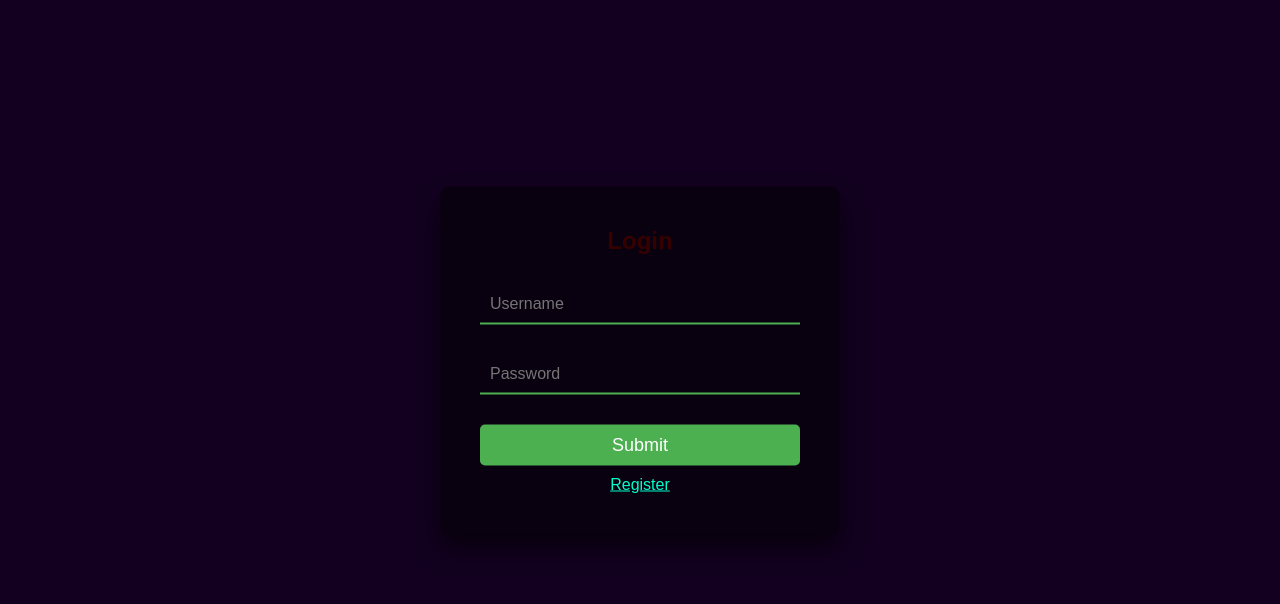
Repository: SRBshakib/Safe-Food---DBMS-project
Page: Organaization/login.html
The author's editor kept a copy of each file at every save. The page is drawn from the files as they stood at one save, then again after the next save.
The browser window is 1280 px wide. The pictures show the whole page.

Above is the page before, as saved 2024-11-10 21:41:46.

After the next save:
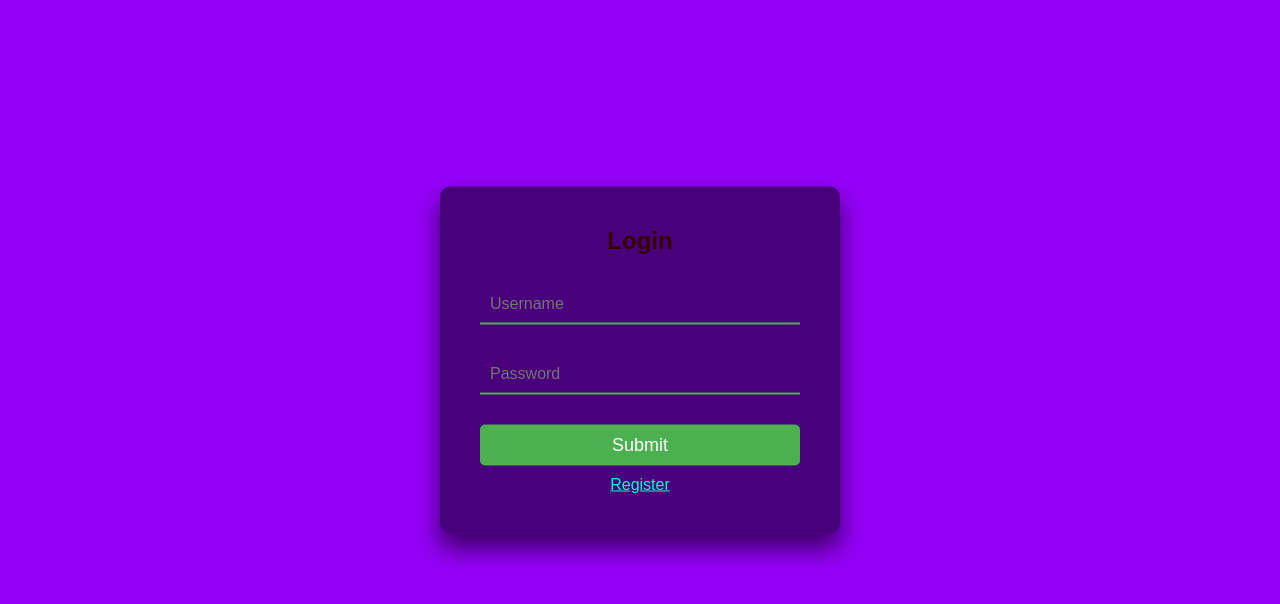
Saved 74 s later.
--- a/Organaization/style_login.css
+++ b/Organaization/style_login.css
@@ -12,7 +12,7 @@ body {
     justify-content: center;
     align-items: center;
     height: 100vh;
-    background-color: #130020;
+    background-color: #9400f7;
     color: rgb(54, 0, 0);
 }
 
